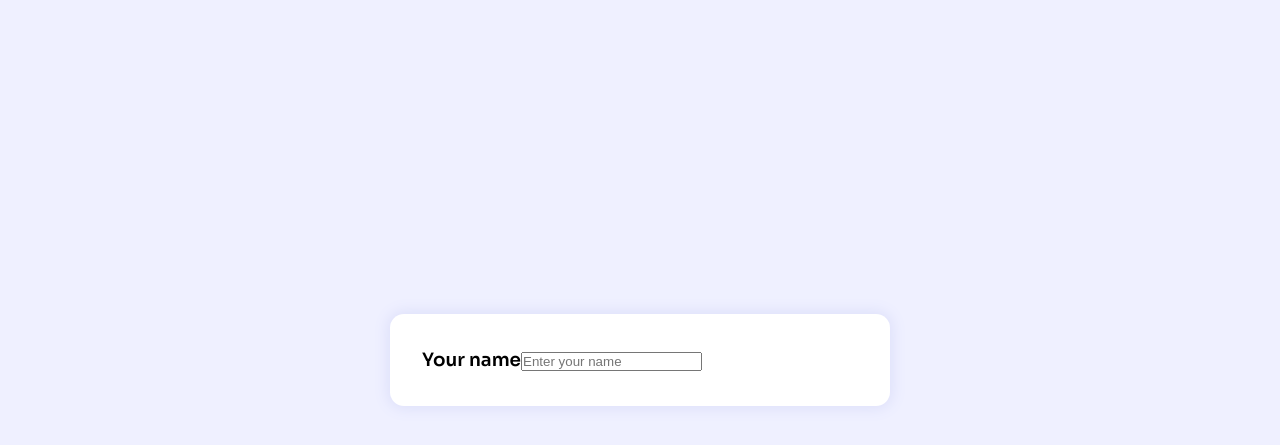
Repository: ducanhaep/react-form-formik-yup
Page: /
The author's editor kept a copy of each file at every save. The page is drawn from the files as they stood at one save, then again after the next save.
The browser window is 1280 px wide. The pictures show the whole page.
The project was rebuilt for these pictures with package versions that can differ from the ones it lists, and the page was loaded fresh each time. Also part of the build but not shown: src/components/signup.css.

Above is the page before, as saved 2022-03-22 13:14:50.

### public/index.html
<!DOCTYPE html>
<html lang="en">

<head>
  <meta charset="utf-8" />
  <link rel="icon" href="%PUBLIC_URL%/favicon.ico" />
  <meta name="viewport" content="width=device-width, initial-scale=1" />
  <meta name="theme-color" content="#000000" />
  <meta name="description" content="Web site created using create-react-app" />
  <link href="https://fonts.googleapis.com/css2?family=Sora:wght@600;700;800&display=swap" rel="stylesheet" />
  <link rel="apple-touch-icon" href="%PUBLIC_URL%/logo192.png" />
  <!--
      manifest.json provides metadata used when your web app is installed on a
      user's mobile device or desktop. See https://developers.google.com/web/fundamentals/web-app-manifest/
    -->
  <link rel="manifest" href="%PUBLIC_URL%/manifest.json" />
  <!--
      Notice the use of %PUBLIC_URL% in the tags above.
      It will be replaced with the URL of the `public` folder during the build.
      Only files inside the `public` folder can be referenced from the HTML.

      Unlike "/favicon.ico" or "favicon.ico", "%PUBLIC_URL%/favicon.ico" will
      work correctly both with client-side routing and a non-root public URL.
      Learn how to configure a non-root public URL by running `npm run build`.
    -->
  <title>React App</title>
</head>

<body>
  <noscript>You need to enable JavaScript to run this app.</noscript>
  <div id="root"></div>
  <!--
      This HTML file is a template.
      If you open it directly in the browser, you will see an empty page.

      You can add webfonts, meta tags, or analytics to this file.
      The build step will place the bundled scripts into the <body> tag.

      To begin the development, run `npm start` or `yarn start`.
      To create a production bundle, use `npm run build` or `yarn build`.
    -->
</body>

</html>

### src/App.js
import "./App.css";
import SignupForm from "./components/SignupForm";

function App() {
  return (
    <div className="App">
      <SignupForm></SignupForm>
    </div>
  );
}

export default App;

### src/App.css
*,
*::before,
*::after {
  box-sizing: border-box;
  padding: 0;
  margin: 0;
}
header {
  font-size: 1.5rem;
  color: rgb(119, 119, 252);
  font-weight: 700;
  text-align: center;
}
body {
  font-family: "Sora", sans-serif;
  display: flex;
  justify-content: center;
  align-items: center;
  min-height: 100vh;
  background-color: rgb(239, 240, 255);
  scroll-behavior: smooth;
  text-rendering: optimizeSpeed;
  line-height: 1.5;
  padding: 1rem 2rem 1rem 2rem;
  font-size: 1.15rem;
}
.App {
  background-color: white;
  padding: 2rem;
  min-width: 500px;
  border-radius: 14px;
  box-shadow: 0px 0px 14px 3px rgb(222, 224, 250);
}

### src/components/SignupForm.jsx
import { useState } from "react";
import "./signup.css";
const SignupForm = () => {
  const [email, setEmail] = useState("");
  const [name, setName] = useState("");
  const [phone, setPhone] = useState("");
  const [password, setPassword] = useState("");
  const [confirmPassword, setConfirmPassword] = useState("");
  return (
    <section>
      <form className="infoform">
        <label htmlFor="">Your name</label>
        <input
          type="text"
          id="name"
          placeholder="Enter your name"
          name="name"
        />
      </form>
    </section>
  );
};
export default SignupForm;

Loaded but not shown: src/index.js (common file)

After the next save:
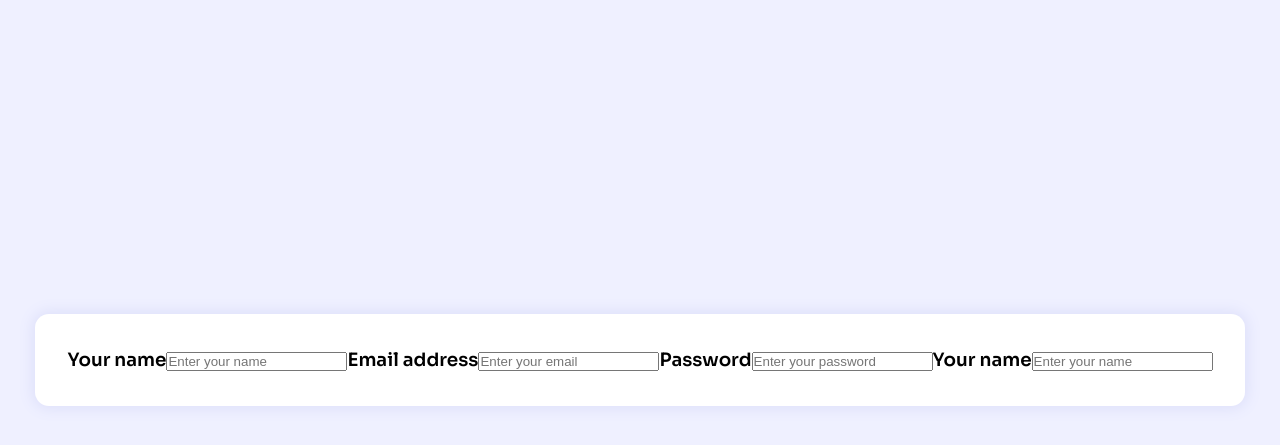
Saved 2 min 5 s later.
--- a/src/components/SignupForm.jsx
+++ b/src/components/SignupForm.jsx
@@ -16,6 +16,30 @@ const SignupForm = () => {
           placeholder="Enter your name"
           name="name"
         />
+
+        <label htmlFor="">Email address</label>
+        <input
+          type="text"
+          id="email"
+          placeholder="Enter your email"
+          name="email"
+        />
+
+        <label htmlFor="">Password</label>
+        <input
+          type="password"
+          id="password"
+          placeholder="Enter your password"
+          name="password"
+        />
+
+        <label htmlFor="">Your name</label>
+        <input
+          type="text"
+          id="name"
+          placeholder="Enter your name"
+          name="name"
+        />
       </form>
     </section>
   );
